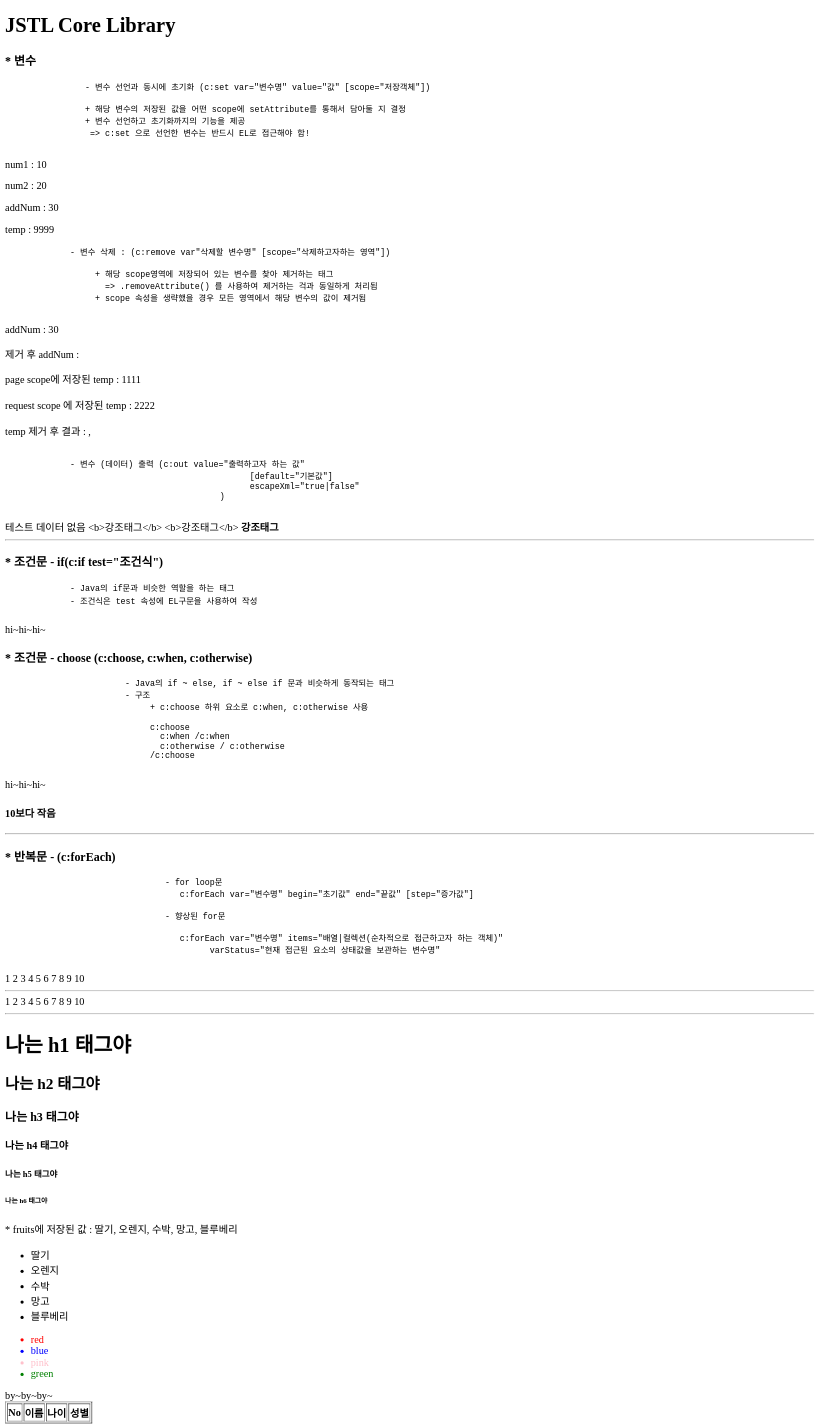
Repository: kkh1396/kh_front
Page: http://localhost/2_jsp/views/4_CustomAction/2_core.jsp
These files come from the project's save history. The page is drawn as it stood at one moment and after the next save; the edit follows.
The browser window is 1280 px wide. The pictures show the whole page, at 64% of full size.
The page is served by Tomcat 9. Nobody is signed in. The application's start-up code is not run. Other server files are loaded and not shown.

Above is the page before, as saved 2025-03-21 05:46:01.

### 05_server/2_jsp/src/main/webapp/views/4_CustomAction/2_core.jsp
<%@ page language="java" contentType="text/html; charset=UTF-8"
    pageEncoding="UTF-8"%>
<%@ taglib prefix="c" uri="http://java.sun.com/jsp/jstl/core" %>
<%@ page import="java.util.ArrayList, model.vo.Student" %>

<!DOCTYPE html>
<html>
<head>
<meta charset="UTF-8">
<title>JSTL - core</title>
</head>
<body>
	 <h1>JSTL Core Library</h1>

	 <h3>* 변수</h3>
	 <pre>
	   	- 변수 선언과 동시에 초기화 (c:set var="변수명" value="값" [scope="저장객체"])

	   	+ 해당 변수의 저장된 값을 어떤 scope에 setAttribute를 통해서 담아둘 지 결정
	   	+ 변수 선언하고 초기화까지의 기능을 제공
	   	 => c:set 으로 선언한 변수는 반드시 EL로 접근해야 함!
	 </pre>


	 <!-- num1 이라는 변수에 10이라는 값을 저장  -->
	 <c:set var="num1" value="10"/>

	 <%-- request 영역에 num2라는 변수에 20이라는 값ㅇ르 저장 --%>
	 <c:set var="num2" value="20" scope="request"/>

	 <p> num1 : ${ num1 } </p>
	 <p> num2 : ${ num2 } </p>


	 <%-- num1 num2의 합을 addNum이라는 변수에 저장(session 영역) --%>
	 <c:set var="addNum" value= '${ num1 +num2 }' scope="session"/>
	 <p> addNum : ${ addNum } </p>

	 <c:set var="temp">
	    9999
	 </c:set>

	 <%-- value 속성 대신, 시작태그와 종료태그 사이에 초기값을 지정할 수 있음 --%>

	 <p> temp : ${ temp } </p>

	 <pre>
	     - 변수 삭제 : (c:remove var"삭제할 변수명" [scope="삭제하고자하는 영역"])

	          + 해당 scope영역에 저장되어 있는 변수를 찾아 제거하는 태그
	            => .removeAttribute() 를 사용하여 제거하는 걱과 동일하게 처리됨
	          + scope 속성을 생략했을 경우 모든 영역에서 해당 변수의 값이 제거됨
	 </pre>

	 <%-- session 영역의 addNum 변수 삭제 --%>
	 <p> addNum : ${ addNum }</p>
	 <c:remove var="addNum" scope="session"/>

	 <p> 제거 후 addNum : ${ addNum }</p>


	 <c:set var="temp" value="1111" />
	 <c:set var="temp" value="2222" scope="request"/>

	 <p> page scope에 저장된 temp : ${ temp }</p>
	 <p> request scope 에 저장된 temp : ${ requestScope.temp }</p>


	 <c:remove var="temp" />

	 <p> temp 제거 후 결과 : ${ temp } , ${ requestScope.temp }

	 <pre>
	     - 변수 (데이터) 출력 (c:out value="출력하고자 하는 값"
	     					 [default="기본값"]
	     					 escapeXml="true|false"
	     				   )
	 </pre>

	 <c:out value="테스트" />

	 <%-- addNum 변수의 값을 출력 --%>
	 <c:out value="${ addnum }"/>
	 <c:out value="${ addnum }" default="데이터 없음"/>

	 <%-- outData 라는 변수에 '<b>강조태그</b>' 값을 저장 --%>
	 <c:set var="outData" value="<b>강조태그</b>" />
	 <c:out value="${ outData }" />
	 <c:out value="${ outData }" escapeXml="true"/>
	 <%-- escapeXml 속성의 기본값은 true, 태그를 해석하지 않음 --%>
	 <c:out value="${ outData }" escapeXml="false"/>

	 <hr>

	 <h3>* 조건문 - if(c:if test="조건식") </h3>
	 <pre>
	     - Java의 if문과 비슷한 역할을 하는 태그
	     - 조건식은 test 속성에 EL구문을 사용하여 작성
	 </pre>


	 <%-- num1이 num2보다 큰가? --%>
	 <%-- * JSTL로 선언된 변수는 접근 불가! (EL로만 접근 가능)
	 <% if (num1 > num2) {%>
	 <% } %>
	 --%>

	 <c:if test="${ num1 > num2 }">
	  		num1이 num2보다 큽니다.
	 </c:if>

	 <c:if test="${ num lt num2 }">
	        num1이 num2보다 작습니다.
	 </c:if>

	 <c:set var='hi' value="안녕"/>
	 <%--
	 		hi 변수에 저장된 값이 "안녕"일 경우 hi~hi~hi~ 출력
	 		      			  "안녕"이 아닐경우 by~by~by~ 출력
	  --%>

	  <c:if test="${ hi == '안녕' }">
	         hi~hi~hi~
	  </c:if>
	 <c:if test="${ hi != '안녕' }">
	         by~by~by
	  </c:if>

	  <br>

	  <h3> * 조건문 - choose (c:choose, c:when, c:otherwise) </h3>
	  <pre>
			- Java의 if ~ else, if ~ else if 문과 비슷하게 동작되는 태그
			- 구조
			     + c:choose 하위 요소로 c:when, c:otherwise 사용

			     c:choose
			       c:when /c:when
			       c:otherwise / c:otherwise
			     /c:choose
	  </pre>

	  	<%--
	 		hi 변수에 저장된 값이 "안녕"일 경우 hi~hi~hi~ 출력
	 		      			  "안녕"이 아닐경우 by~by~by~ 출력
	  	--%>

	  	<c:choose>
	  	   <c:when test="${ hi == '안녕'}">
	  	       hi~hi~hi~
	  	   </c:when>
	  	   <c:otherwise>
	  	     	by~by~by~
	  	   </c:otherwise>
	  	</c:choose>


	   <%--
	    	   num1의 값이 20보다 크면 "20보다 큼"
	    	    		, 10보다 크거나 같으면 "10보다 크거나 같음"
	    	    		, 그렇지 않으면 "10보다 작음"출력
	     --%>

	   <c:choose>
	      <c:when test="${ num1 >20 }">
	             <h2>20보다 큼</h2>
	      </c:when>
	      <c:when test="${ num ge 10 }">
	      		<h3> 10보다 큼</h2>
	      </c:when>
	       <c:otherwise>
	           <h4>10보다 작음</h4>
	       </c:otherwise>
	    </c:choose>

	   <hr>


	   <h3>* 반복문 - (c:forEach)</h3>
	   <pre>
	   			- for loop문
	   			   c:forEach var="변수명" begin="초기값" end="끝값" [step="증가값"]

	   			- 향상된 for문

	   			   c:forEach var="변수명" items="배열|컬렉션(순차적으로 접근하고자 하는 객체)"
	   			   	 varStatus="현재 접근된 요소의 상태값을 보관하는 변수명"
	   </pre>
	   <%-- 스크립틀릿을 사용하여 1 ~ 10까지 출력(한줄로) --%>
	   <% for (int i=1; i<=10; i++) { %>
	   			<%= i %>
	   <% } %>

	   <hr>

	   <c:forEach var="i" begin="1" end="10">
	         ${ i }
	   </c:forEach>


	   <hr>
	   <%-- h1 ~ h6 "나는 hx 태그야" --%>

	   <c:forEach var="i" begin="1" end="6">
	         <h${ i }> 나는 h${ i } 태그야 </h${ i }>
	   </c:forEach>

	   <c:set var="fruits">
	      딸기, 오렌지, 수박, 망고, 블루베리
	   </c:set>

	   * fruits에 저장된 값 : ${ fruits }

	   <ul>
	   <c:forEach var="test" items="${ fruits }">
	           <li> ${ test } </li>
	   </c:forEach>
	   </ul>


	   <%--
	   			colors 라는 변수에 4가지 색상을 콤마(,)로 구분하여 저장
	   			목록 태그로 해당 글자를 출력(* 저장된 컬러로 글자색 변경)
	    --%>

	    <%-- colors 변수에 색상 정보를 저장 --%>
	       <c:set var="color">
		      		red,blue,pink,green
	   	   </c:set>

		<%-- 반복문을 사용하여 목록태그에 글자 출력 --%>
		<ul>
		    <c:forEach var="sc" items="${ color }">
		          <li style="color: ${sc}">${ sc }</li>
		    </c:forEach>
	    </ul>

	    <%
	       ArrayList<Student> list = new ArrayList<>();

	       list.add(new Student("박민준", 20, "남자"));
	       list.add(new Student("임성준", 20, "남자"));
	       list.add(new Student("홍길동", 20, "남자"));
	    %>

	    <%-- request.setAttribute("list", list); --%>
	    <c:set var="list" value="<%= list %>" scope="request"/>

	    <table border="1">
	        <thead>
	          <tr>
	             <th>No</th>
	             <th>이름</th>
	             <th>나이</th>
	             <th>성별</th>
	          </tr>
	        </thead>
	        	<%-- 리스트가 비어있을 경우, "조회된 결과가 없습니다" 출력  --%>

					<c:choose>
					  	   <c:when test="${ list == null}">
					  	       <tr>
					  	          조회된 결과가 없습니다.
					  	       <tr>
					  	   </c:when>
					  	   <c:otherwise>
					  	     	by~by~by~
					  	   </c:otherwise>
					</c:choose>

	        	<%-- 리스트가 비어있지 않을경우, 제목셀에 맞춰서 내용 출력  --%>
	        <tbody>

	        </tbody>

	    </table>


</body>
</html>

### 05_server/2_jsp/src/main/java/model/vo/Student.java
package model.vo;

public class Student {

	private String name;
	private int age;
	private String gender;


	// 생성자(기본생성자, 모든필드매개변수로가지는 생성자)
	// getter/setter
	// toString
	public Student() {
		super();
	}

	public Student(String name, int age, String gender) {
		super();
		this.name = name;
		this.age = age;
		this.gender = gender;
	}

	public String getName() {
		return name;
	}

	public void setName(String name) {
		this.name = name;
	}

	public int getAge() {
		return age;
	}

	public void setAge(int age) {
		this.age = age;
	}

	public String getGender() {
		return gender;
	}

	public void setGender(String gender) {
		this.gender = gender;
	}

	@Override
	public String toString() {
		return "Student [name=" + name + ", age=" + age + ", gender=" + gender + "]";
	}



}

After the next save:
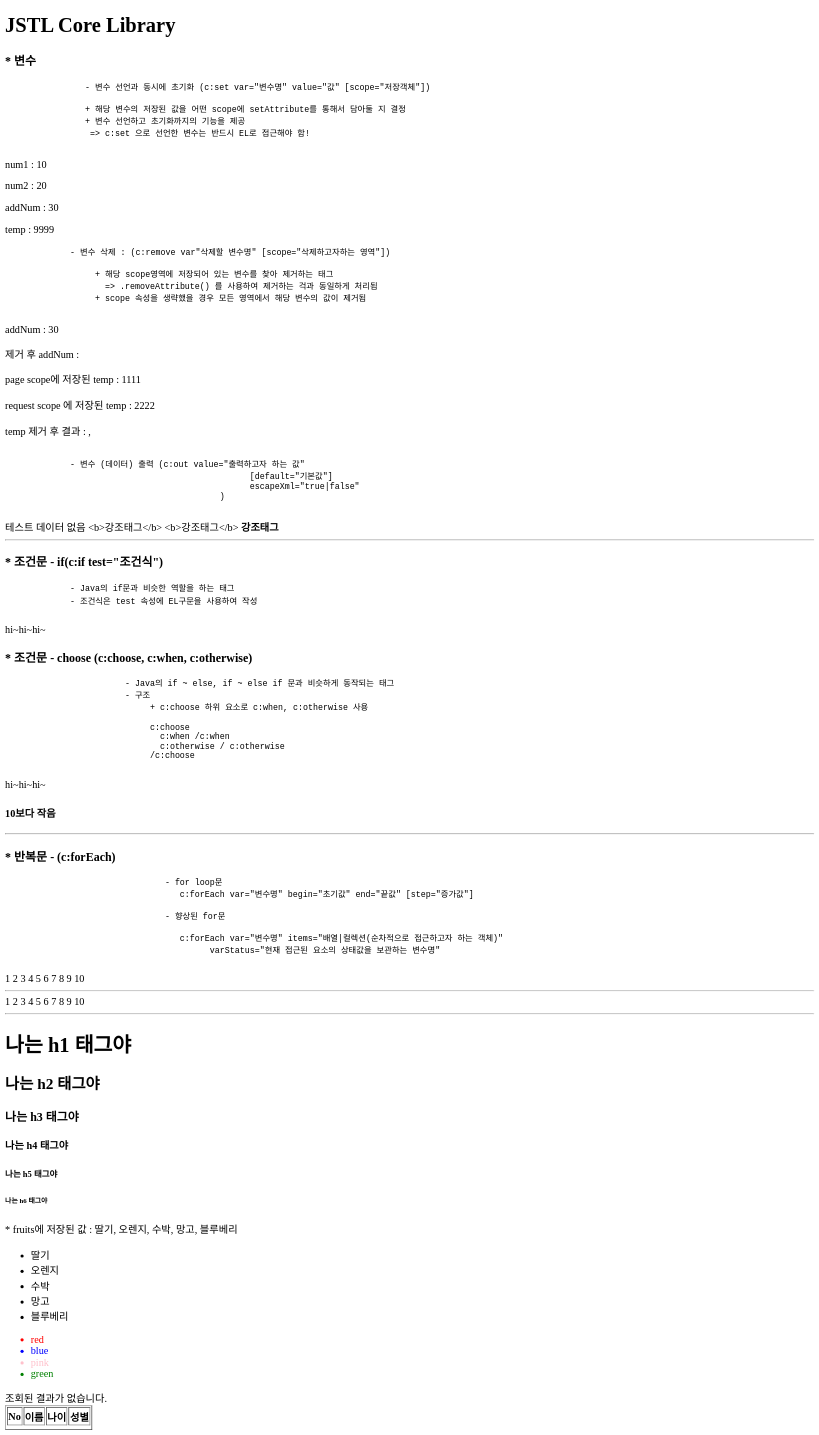
Saved 9 s later.
--- a/05_server/2_jsp/src/main/webapp/views/4_CustomAction/2_core.jsp
+++ b/05_server/2_jsp/src/main/webapp/views/4_CustomAction/2_core.jsp
@@ -258,7 +258,7 @@
 	        	<%-- 리스트가 비어있을 경우, "조회된 결과가 없습니다" 출력  --%>
 
 					<c:choose>
-					  	   <c:when test="${ list == null}">
+					  	   <c:when test="${ list != null}">
 					  	       <tr>
 					  	          조회된 결과가 없습니다.
 					  	       <tr>
